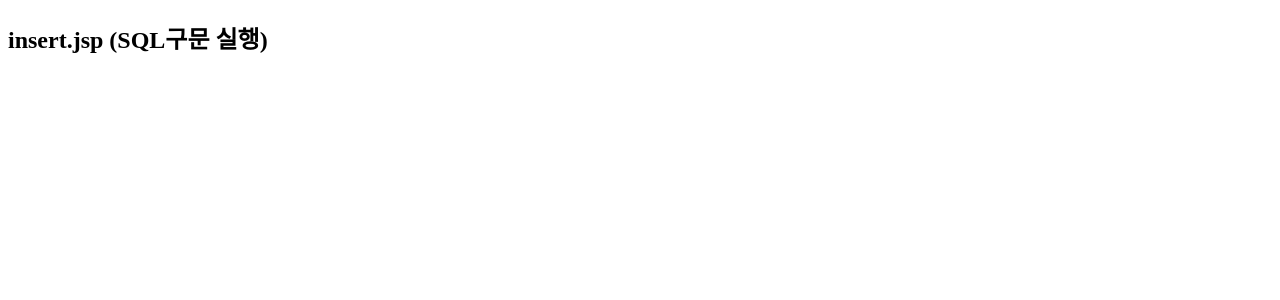
Repository: HeeYoung9/young9
Page: http://localhost/JSP7/JDBC/insert.jsp
An editor plug-in stored every save of this project. The page is shown before and after the next save, followed by the edit.
The browser window is 1280 px wide. The pictures show the whole page.
The page is served by Tomcat 9.

Above is the page before, as saved 2023-08-28 01:55:09.

After the next save:
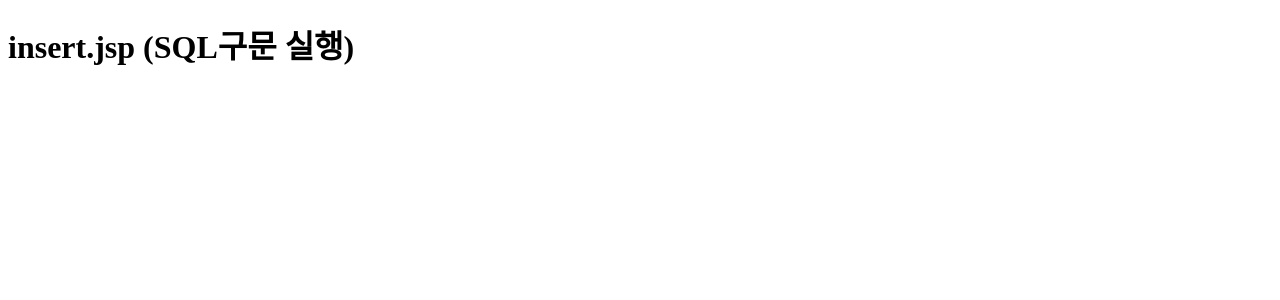
Saved 7 s later.
--- a/JSP7/src/main/webapp/JDBC/insert.jsp
+++ b/JSP7/src/main/webapp/JDBC/insert.jsp
@@ -8,7 +8,7 @@
 </head>
 <body>
 
-<h2> insert.jsp (SQL구문 실행) </h2>
+<h1> insert.jsp (SQL구문 실행) </h1>
 
 
 
